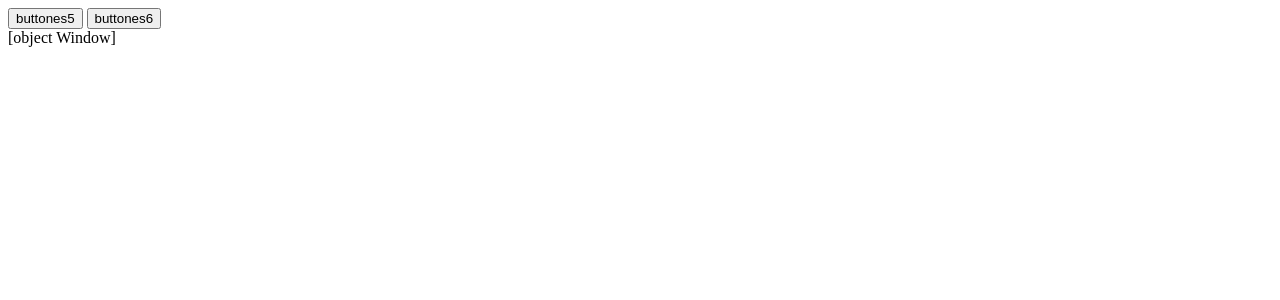
Repository: motiejus1/08-paskaita-JS
Page: index.html
The author's editor kept a copy of each file at every save. The page is drawn from the files as they stood at one save, then again after a run of saves.
The browser window is 1280 px wide. The pictures show the whole page.

Above is the page before, as saved 2021-06-17 12:01:28.

After the next 2 saves:
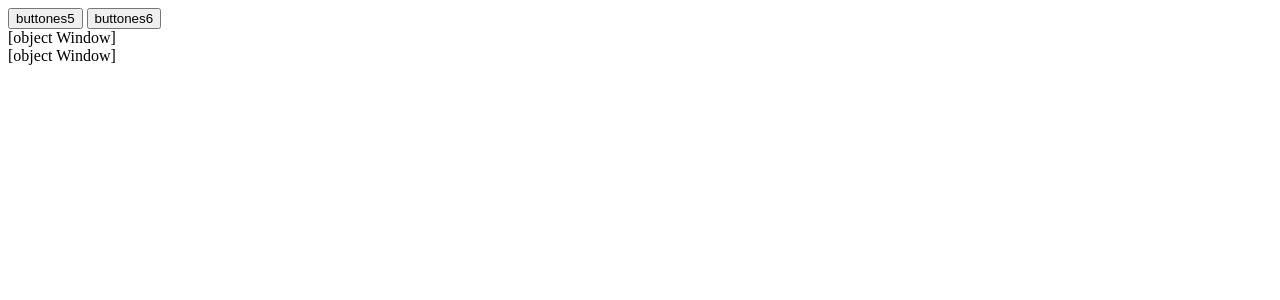
The 2 saves are shown as one change because they came seconds apart.
The last was saved 8 s later.
--- a/script.js
+++ b/script.js
@@ -81,5 +81,5 @@ window.addEventListener("load", funkcijaes5);
 document.getElementById("buttones5").addEventListener("click", funkcijaes5 );
 
 
-window.addEventListener("load", funkcijaes5);
-document.getElementById("buttones5").addEventListener("click", funkcijaes5 );
+window.addEventListener("load", funkcijaes6);
+document.getElementById("buttones5").addEventListener("click", funkcijaes6 );
